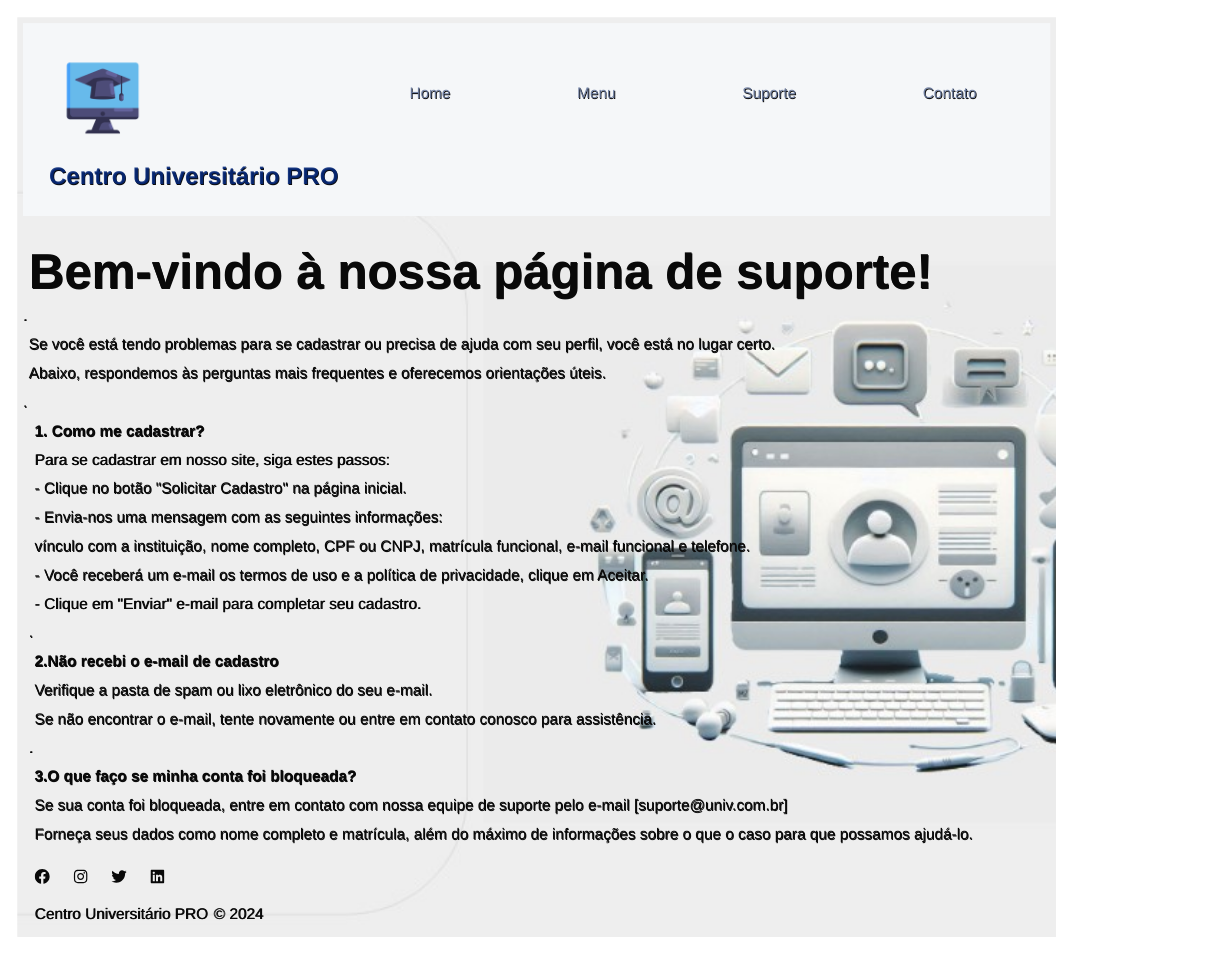
Repository: DanuziaRA/Cadastros-de-Usuarios
Page: /suporte
An editor plug-in stored every save of this project. The page is shown before and after a run of saves, followed by the edit.
The browser window is 1280 px wide. The pictures show the whole page, at 96% of full size.
The project was rebuilt for these pictures with package versions that can differ from the ones it lists, and the page was loaded fresh each time. Also part of the build but not shown: vite.config.js, src/components/Footer.css, src/router/Contact.jsx, src/router/ErrorPage.jsx, src/router/ContactDetails.jsx, src/router/Login.css, src/router/Login.jsx, src/router/Menu.jsx and 10 more.

Above is the page before, as saved 2024-10-02 16:42:36.

### src/main.jsx
import { StrictMode } from 'react'
import { createRoot } from 'react-dom/client'
import App from './App.jsx'
import './index.css'

import {createBrowserRouter, RouterProvider,Navigate} from 'react-router-dom';

  import Contact from './router/Contact.jsx';
  import ErrorPage from './router/ErrorPage.jsx';
  import ContactDetails from './router/ContactDetails.jsx';
  import Login from './router/Login.jsx';
  import Menu from './router/Menu.jsx';
  import Suporte from './router/Suporte.jsx';
  import Forget from './router/Forget.jsx';
  import Atualizar from './router/Atualizar.jsx';
  import Excluir from './router/Excluir.jsx';
  import Cadastro from './router/Cadastro.jsx';
  import Cadastropj from './router/Cadastropj.jsx';
  import Cadastroprof from './router/Cadastroprof.jsx';
  import Cadastroforn from './router/Cadastroforn.jsx';
  import Cadastroaluno from './router/Cadastroaluno.jsx';


  const router = createBrowserRouter([
        {
      path: "/",
      element: <App/>,
      errorElement: <ErrorPage />,
      children: [
        {
          path: "/",
          element:<Login />,
        },
        {
          path: "suporte",
          element:<Suporte />,
        },
        {
          path: "menu",
          element:<Menu />,
        },
        {
          path: "contact",
          element:<Contact />,
        },
        //Nested routes - identificando unico
        {
          path: "/contact/id",
          element: <ContactDetails />,
        },
        {
          path: "forget",
          element: <Forget />,
        },
        {
          path: "atualizar",
          element: <Atualizar />,
        },
        {
          path: "excluir",
          element: <Excluir />,
        },
        {
          path: "cadastropf",
          element: <Cadastro />,
        },
        {
          path: "cadastropj",
          element: <Cadastropj />,
        },
        {
          path: "cadastroprof",
          element: <Cadastroprof />,
        },
        {
          path: "cadastroforn",
          element: <Cadastroforn />,
        },
        {
          path: "cadastroaluno",
          element: <Cadastroaluno />,
        },
        //Navigate para página não existentes
        {
          path: "oldcontact",
          element: <Navigate to="/contact" />,
        },
      ],
    },
    ]);


createRoot(document.getElementById('root')).render(
  <StrictMode>
    <RouterProvider router={router} />
    </StrictMode>,
);

### src/App.jsx
import './App.css'

import { Outlet } from 'react-router-dom';
import Navbar from './components/Navbar';
import Footer from './components/Footer'


function App() {
  return (
      <div className='App'>
        <Navbar />
        <h1></h1>
        <Outlet />
        <Footer />
    </div>
  );
}

export default App;

### src/router/Suporte.jsx
import React from 'react';
import './Suporte.css';

function Suporte() {

    return (
    <div>
        <h1>Bem-vindo à nossa página de suporte!</h1>.
        <p>Se você está tendo problemas para se cadastrar ou precisa de ajuda com seu perfil, você está no lugar certo.</p>
        <p>Abaixo, respondemos às perguntas mais frequentes e oferecemos orientações úteis.</p>.

        <div>
        <h2>1. Como me cadastrar?</h2>
        <p>Para se cadastrar em nosso site, siga estes passos:</p>
<p>- Clique no botão "Solicitar Cadastro" na página inicial.</p>
<p>- Envia-nos uma mensagem com as seguintes informações:</p>
<p>vínculo com a instituição, nome completo, CPF ou CNPJ, matrícula funcional, e-mail funcional e telefone.</p>
<p>- Você receberá um e-mail os termos de uso e a política de privacidade, clique em Aceitar.</p>
<p>- Clique em "Enviar" e-mail para completar seu cadastro.</p>.
</div>

<div>
        <h3>2.Não recebi o e-mail de cadastro</h3>
        <p>Verifique a pasta de spam ou lixo eletrônico do seu e-mail.</p>
        <p> Se não encontrar o e-mail, tente novamente ou entre em contato conosco para assistência.</p>.
        </div>

        <div>
        <h4>3.O que faço se minha conta foi bloqueada?</h4>
        <p>Se sua conta foi bloqueada, entre em contato com nossa equipe de suporte pelo e-mail [suporte@univ.com.br]</p>
        <p>Forneça seus dados como nome completo e matrícula, além do máximo de informações sobre o que o caso para que possamos ajudá-lo.</p>
    </div>
    </div>
    )
}

export default Suporte;

### src/App.css
* {
  box-sizing: border-box;
  margin: 6px;
  padding: 0px;
  font-family: Helvetica;
  font-size: 16px;
  text-shadow: #0d0d0d 0.7px 0.7px;
  color:rgb(9, 9, 9)
}
.App{
  display: flex;
  flex-direction: column;
  flex-grow: 1;
  justify-content: center;
  align-items: left;
  background-size: cover;
  background-image: url("src/assets/Fundo minimalista cadastro 4.jpg");
  background-position: center;
  }

### src/components/Navbar.jsx
import { Link } from "react-router-dom"
import logo from './../assets/LOGO novo.png'
import { Component } from "react";
import './Navbar.css';


const Navbar = () => {
    return (
    <nav className="navbar">
        <div className="navbar-logo">
        <Link to="/">
            <img src={logo} alt=""/>
            </Link>
            <h1>Centro Universitário PRO</h1>
            </div>
            <ul className="navbar-links">
            <li><a href="/">Home</a></li>
            <li><a href="/Menu">Menu</a></li>
            <li><a href="/Suporte">Suporte</a></li>
            <li><a href= "/Contact">Contato</a></li>
            </ul>
    </nav>
    )
}

export default Navbar

### src/components/Footer.jsx
import { FaFacebook, FaInstagram,FaTwitter,FaLinkedin } from "react-icons/fa"
import { Link } from "react-router-dom";
import './Footer.css';

function Footer(){
    return (
        <nav>
            <Link to="https://www.facebook.com/?locale=pt_BR">
            < FaFacebook alt=""/>
            </Link>
            <Link to="https://www.instagram.com/">
            < FaInstagram alt=""/>
            </Link>
            <Link to="/">
            < FaTwitter alt=""/>
            </Link>
            <Link to="https://www.linkedin.com.br">
            < FaLinkedin alt=""/>
            </Link>
            <p><span>Centro Universitário PRO</span>&copy; 2024</p>
            </nav>


    );

}
export default Footer

### src/router/Menu.css
nav li{
    width: 30%;
    height: 70%;
    outline: none;
    font-size: 16px;
    color: #070000;
    padding: 10px 20px;
    margin: 30px;
    }
nav li a{
    color: #7a7a7a;
    font-size: 16px;
    text-decoration: none;

}

### src/components/Navbar.css
.navbar{
    display: flex;
    justify-content: space-between;
    padding: 15px;
    align-items: left;
    background-color:rgb(245, 247, 249)

}
.navbar-logo h1{
    color: #06297ae1;
    font-size: 25px;
    align-items: center;


}
.navbar-links {
list-style-type: none;
display: flex;
gap: 20px;
align-items: left;

}
.navbar li{
    display: inline;
    }
.navbar-links li a {
    color: #67789ee1;
    text-decoration: none;
}
.navbar-links li a:hover{
    color:#ddd;
}

Loaded but not shown: index.html (common file); src/index.css (common file)

After the next 4 saves:
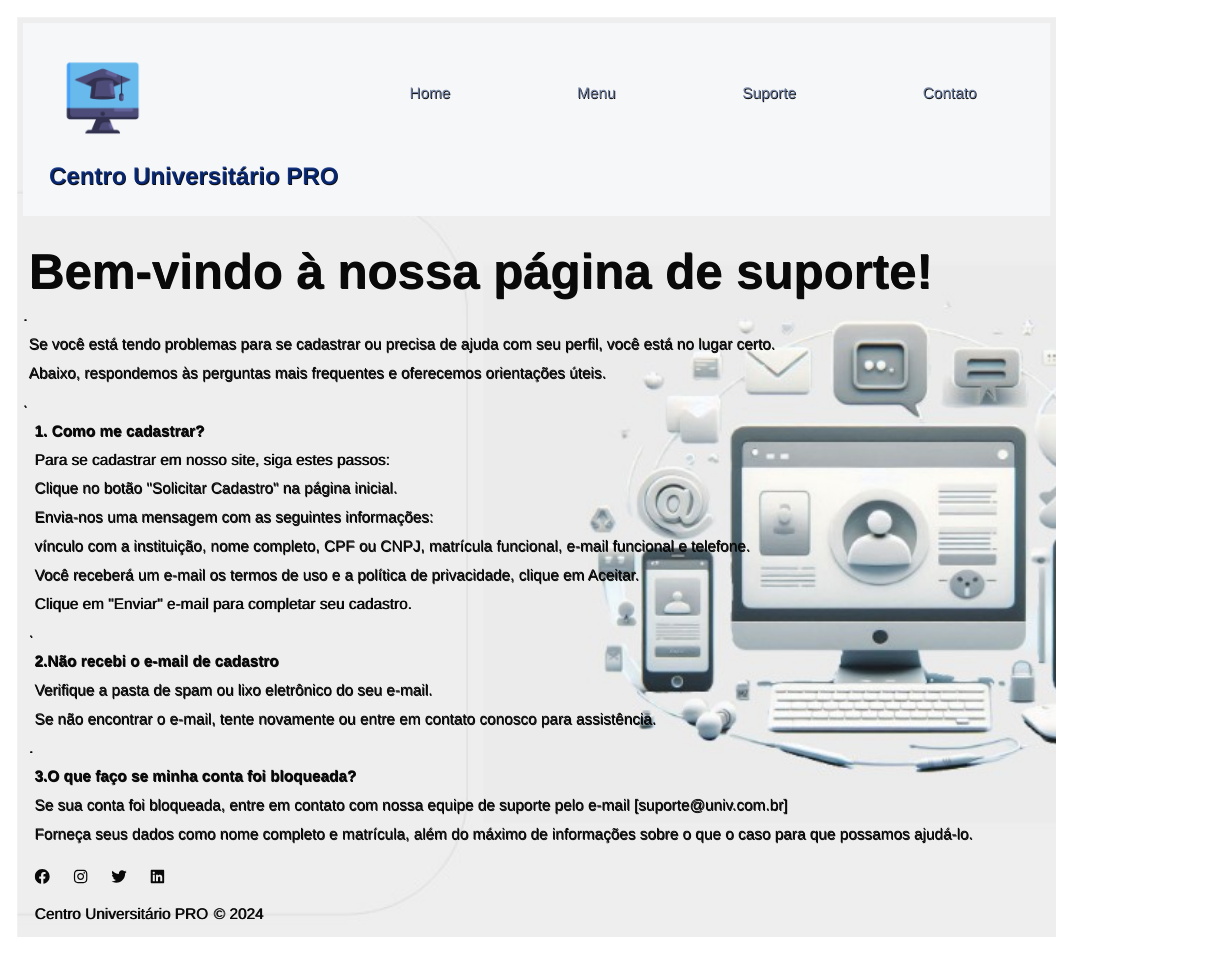
The 4 saves are shown as one change because they came seconds apart.
The last was saved 17 s later.
--- a/src/router/Suporte.jsx
+++ b/src/router/Suporte.jsx
@@ -12,11 +12,11 @@ function Suporte() {
         <div>
         <h2>1. Como me cadastrar?</h2>
         <p>Para se cadastrar em nosso site, siga estes passos:</p>
-<p>- Clique no botão "Solicitar Cadastro" na página inicial.</p>
-<p>- Envia-nos uma mensagem com as seguintes informações:</p>
+<p>Clique no botão "Solicitar Cadastro" na página inicial.</p>
+<p>Envia-nos uma mensagem com as seguintes informações:</p>
 <p>vínculo com a instituição, nome completo, CPF ou CNPJ, matrícula funcional, e-mail funcional e telefone.</p>
-<p>- Você receberá um e-mail os termos de uso e a política de privacidade, clique em Aceitar.</p>
-<p>- Clique em "Enviar" e-mail para completar seu cadastro.</p>.
+<p>Você receberá um e-mail os termos de uso e a política de privacidade, clique em Aceitar.</p>
+<p>Clique em "Enviar" e-mail para completar seu cadastro.</p>.
 </div>
 
 <div>
